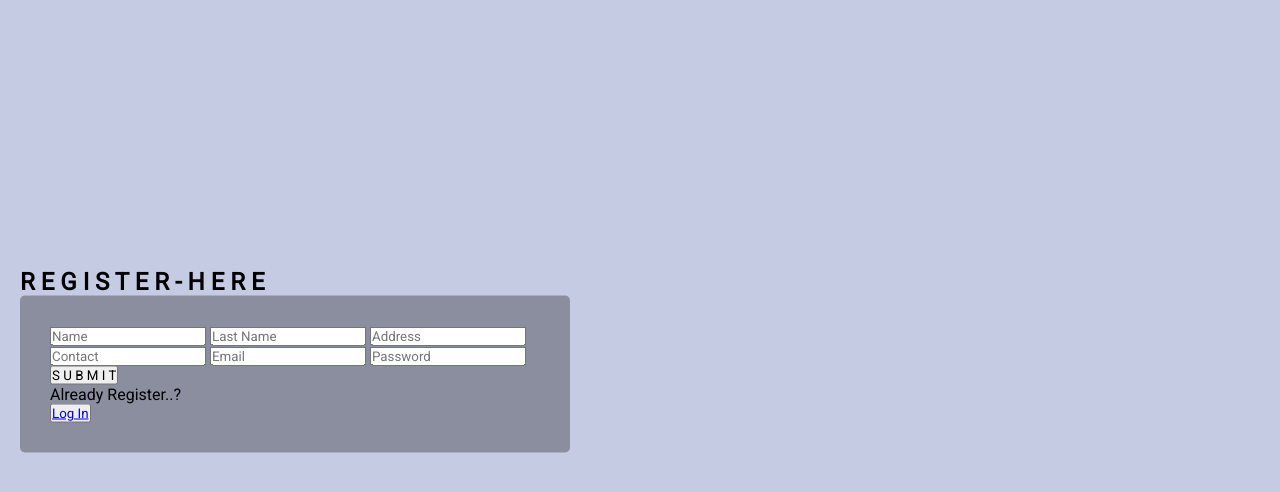
Repository: Krushna26nk/WebApplication
Page: http://localhost/Application/
These files come from the project's save history. The page is drawn as it stood at one moment and after the next save; the edit follows.
The browser window is 1280 px wide. The pictures show the whole page.
The page is served by Tomcat 9.

Above is the page before, as saved 2019-05-31 13:17:40.

After the next save:
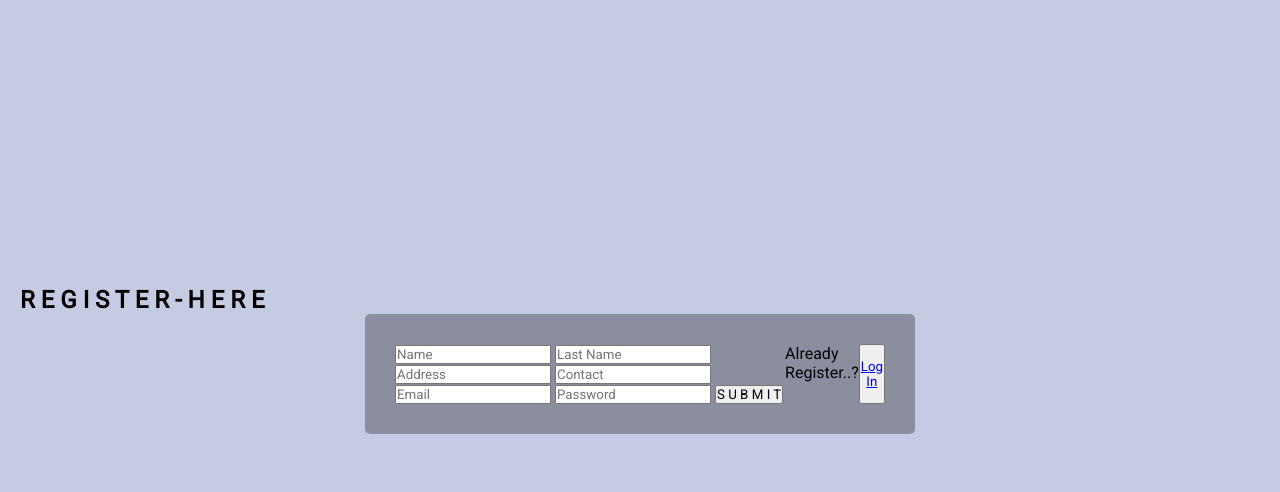
Saved 12 s later.
--- a/web/Application/WebContent/Style.css
+++ b/web/Application/WebContent/Style.css
@@ -25,5 +25,5 @@ body{
 	background:rgba(0,0,0,0.3);
 	padding:30px;
 	border-radius:5px;
-	display:inline-block;
+	display:flex;
 }
